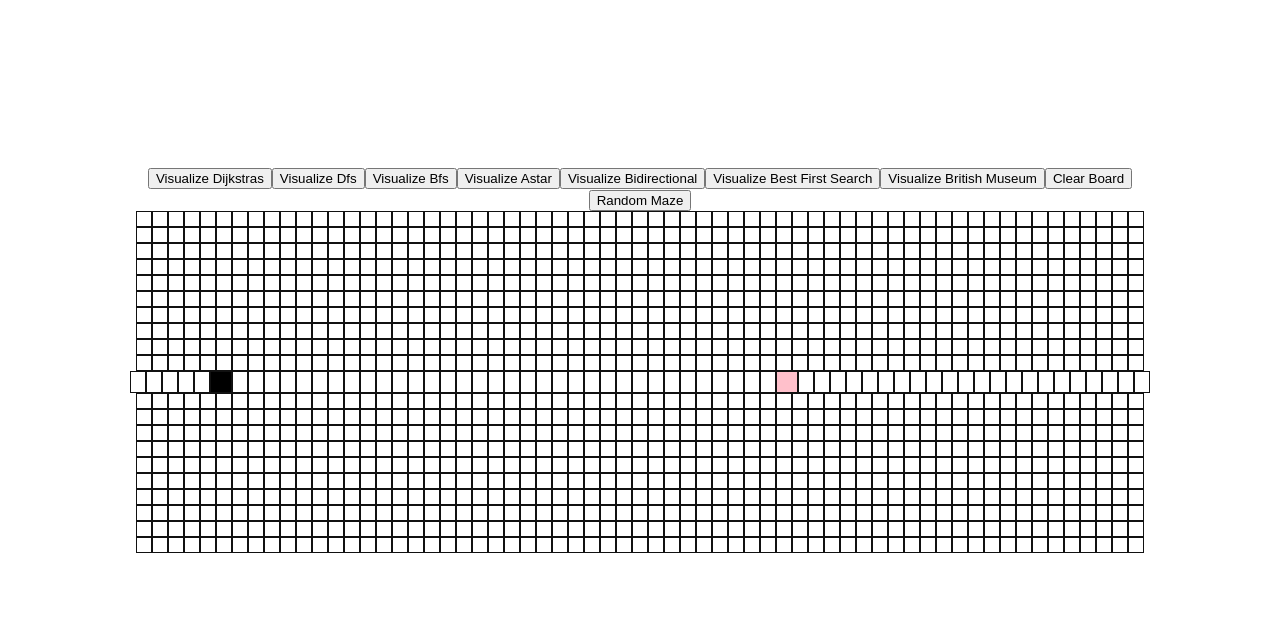
Repository: rehans-Life/Pathfinding-Visualizer
Page: /
The author's editor kept a copy of each file at every save. The page is drawn from the files as they stood at one save, then again after a run of saves.
The browser window is 1280 px wide. The pictures show the whole page.
The project was rebuilt for these pictures with package versions that can differ from the ones it lists, and the page was loaded fresh each time. The framework's server and built-in components were replaced by stand-ins that run in the browser. Also part of the build but not shown: next.config.js.

Above is the page before, as saved 2023-03-11 09:49:22.

### pages/index.js
import Head from "next/head";
import styles from "../styles/Home.module.css";
import Node from "../components/Node";
import { visualizeDijistras } from "../algorithms/dijkstras";
import { useState } from "react";
import { visualizeDfs } from "../algorithms/dfs";
import { visualizeBfs } from "../algorithms/bfs";
import { visualizeAstar } from "../algorithms/aStar";
import { visualizeBidirectional } from "../algorithms/bidirectional";
import { visualizeBestfs } from "../algorithms/bestFirstSearch";
import { visualizeBritishMuseum } from "../algorithms/britishMuseum";
import { randomMaze } from "../mazes/randomMaze";

export const START_ROW = 10;
export const START_COL = 5;
export const END_ROW = 10;
export const END_COL = 40;
export const ROWS = 21;
export const COLS = 63;

function getInitialGrid() {
  let grid = [];
  for (let i = 0; i < ROWS; i++) {
    let row = [];
    for (let j = 0; j < COLS; j++) {
      const node = {
        row: i,
        col: j,
        isStart: i === START_ROW && j === START_COL,
        isEnd: i === END_ROW && j === END_COL,
        distance: Infinity,
        parent: null,
        isVisited: false,
        isInPath: false,
        isWall: false,
        huristic: Infinity,
        totalDistance: Infinity,
      };
      row.push(node);
    }
    grid.push(row);
  }
  return grid;
}

const canBecomeWall = (row, col) => {
  return row != END_ROW || col != END_COL;
};

export default function Home() {
  const [grid, setGrid] = useState(getInitialGrid());
  const [mouseDown, setMouseDown] = useState(false);

  const handleMouseDown = (row, col) => {
    if (!canBecomeWall(row, col)) return;
    setMouseDown(true);
    setCellAsWall(row, col);
  };

  const handleMouseEnter = (row, col) => {
    if (!canBecomeWall(row, col)) return;
    if (mouseDown) {
      setCellAsWall(row, col);
    }
  };

  const handleMouseUp = () => {
    setMouseDown(false);
  };

  const setCellAsWall = (row, col) => {
    let newGrid = grid.slice();
    newGrid[row][col].isWall = !newGrid[row][col].isWall;
    setGrid(newGrid);
  };

  return (
    <div className={styles.container}>
      <Head>
        <title>Pathfinding Visualizer</title>
        <meta name="description" content="Generated by create next app" />
        <link rel="icon" href="/favicon.ico" />
      </Head>
      <div className={styles.buttons}>
        <button onClick={() => visualizeDijistras(grid, setGrid)}>
          Visualize Dijkstras
        </button>
        <button onClick={() => visualizeDfs(grid, setGrid)}>
          Visualize Dfs
        </button>
        <button onClick={() => visualizeBfs(grid, setGrid)}>
          Visualize Bfs
        </button>
        <button onClick={() => visualizeAstar(grid, setGrid)}>
          Visualize Astar
        </button>
        <button onClick={() => visualizeBidirectional(grid, setGrid)}>
          Visualize Bidirectional
        </button>
        <button onClick={() => visualizeBestfs(grid, setGrid)}>
          Visualize Best First Search
        </button>
        <button onClick={() => visualizeBritishMuseum(grid, setGrid)}>
          Visualize British Museum
        </button>
        <button onClick={() => setGrid(getInitialGrid())}>Clear Board</button>
      </div>
      <div className={styles.buttons}>
        <button onClick={() => randomMaze(grid, setGrid)}>Random Maze</button>
      </div>
      {grid.map((row, index) => (
        <div key={index} className={styles.row}>
          {row.map((node, index) => (
            <Node
              key={index}
              row={node.row}
              col={node.col}
              isStart={node.isStart}
              isEnd={node.isEnd}
              distance={node.distance}
              isVisited={node.isVisited}
              isInPath={node.isInPath}
              isWall={node.isWall}
              handleMouseDown={handleMouseDown}
              handleMouseUp={handleMouseUp}
              handleMouseEnter={handleMouseEnter}
            ></Node>
          ))}
        </div>
      ))}
    </div>
  );
}

### styles/Home.module.css
.container {
  display: flex;
  flex-direction: column;
  justify-content: center;
  align-items: center;
  width: 100vw;
  height: 100vh;
}
.node {
  padding: 7px;
  border: 1px solid #111;
}

.row {
  display: flex;
}
.button {
  display: flex;
  align-items: center;
}

.startNode {
  padding: 10px;
  border: 1px solid #111;
  background-color: black;
}
.visited {
  background-color: lightslategray;
  padding: 10px;
  border: 1px solid #111;
}

.wall {
  background-color: darkslateblue;
  padding: 10px;
  border: 1px solid #111;
}

.inPath {
  background-color: royalblue;
  padding: 1-px;
  border: 1px solid #111;
}

.endNode {
  padding: 10px;
  border: 1px solid #111;
  background-color: pink;
}

### components/Node.js
import React from "react";
import styles from "../styles/Home.module.css";

export default function Node({
  row,
  col,
  isStart,
  isEnd,
  isWall,
  isInPath,
  isVisited,
  handleMouseDown,
  handleMouseUp,
  handleMouseEnter,
}) {
  return (
    <div
      onMouseDown={() => handleMouseDown(row, col)}
      onMouseUp={handleMouseUp}
      onMouseEnter={() => handleMouseEnter(row, col)}
      className={
        isStart
          ? styles.startNode
          : isEnd
          ? styles.endNode
          : isWall
          ? styles.wall
          : isInPath
          ? styles.inPath
          : isVisited
          ? styles.visited
          : styles.node
      }
    >
      {" "}
    </div>
  );
}

### algorithms/dijkstras.js
import { COLS, END_COL, END_ROW, ROWS, START_COL, START_ROW } from "../pages";

class PriorityQueue {
  constructor() {
    this.heap = [];
  }

  isEmpty() {
    return this.heap.length == 0;
  }

  insert(node) {
    this.heap.push(node);
    let i = this.heap.length - 1;
    this.siftup(i);
  }

  delete() {
    let temp = this.heap[0];
    this.heap[0] = this.heap[this.heap.length - 1];
    this.heap.pop();
    this.shiftdown(0);
    return temp;
  }

  siftup(i) {
    let parent = Math.floor((i - 1) / 2);
    while (parent >= 0 && this.heap[parent].distance > this.heap[i].distance) {
      let temp = this.heap[parent];
      this.heap[parent] = this.heap[i];
      this.heap[i] = temp;
      i = parent;
      parent = Math.floor((i - 1) / 2);
    }
  }
  shiftdown(i) {
    let leftChild = i * 2 + 1;
    let rightChild = i * 2 + 2;
    let n = this.heap.length;

    while (
      (leftChild < n &&
        this.heap[leftChild].distance < this.heap[i].distance) ||
      (rightChild < n && this.heap[rightChild].distance < this.heap[i].distance)
    ) {
      let smaller =
        rightChild >= n ||
        this.heap[leftChild].distance <= this.heap[rightChild].distance
          ? leftChild
          : rightChild;

      let temp = this.heap[i];
      this.heap[i] = this.heap[smaller];
      this.heap[smaller] = temp;

      i = smaller;
      leftChild = i * 2 + 1;
      rightChild = i * 2 + 2;
    }
  }
}

function isValid(row, col) {
  return row < ROWS && row >= 0 && col < COLS && col >= 0;
}

export function dijkstras(grid, src, target) {
  let priorityQueue = new PriorityQueue();
  let delRow = [-1, +1, 0, 0];
  let delCol = [0, 0, -1, +1];

  let visitedNodes = [];

  priorityQueue.insert(src);
  src.distance = 0;
  visitedNodes.push(src);

  while (!priorityQueue.isEmpty()) {
    let node = priorityQueue.delete();

    for (let i = 0; i < 4; i++) {
      let adjRow = node.row + delRow[i];
      let adjCol = node.col + delCol[i];
      let newDistance = node.distance + 1;

      if (isValid(adjRow, adjCol)) {
        let adjNode = grid[adjRow][adjCol];
        if (!adjNode.isWall && newDistance < adjNode.distance) {
          adjNode.distance = newDistance;
          adjNode.parent = node;
          if (adjNode.row === target.row && adjNode.col === target.col) {
            return visitedNodes;
          }
          visitedNodes.push(adjNode);
          priorityQueue.insert(adjNode);
        }
      }
    }
  }
  return visitedNodes;
}

const animteDijkstras = (visitedNodes, path, grid, setGrid) => {
  for (let i = 0; i < visitedNodes?.length; i++) {
    if (i === visitedNodes.length - 1) {
      setTimeout(() => {
        animatePath(path, grid, setGrid);
      }, 30 * i);
    }
    setTimeout(() => {
      let newGrid = grid.slice();

      let node = visitedNodes[i];
      let newNode = {
        ...node,
        isVisited: true,
      };

      newGrid[node.row][node.col] = newNode;
      setGrid(newGrid);
    }, 30 * i);
  }
};

const animatePath = (path, grid, setGrid) => {
  for (let i = 0; i < path?.length; i++) {
    setTimeout(() => {
      let newGrid = grid.slice();

      let node = path[i];
      let newNode = {
        ...node,
        isInPath: true,
      };

      newGrid[node.row][node.col] = newNode;
      setGrid(newGrid);
    }, 50 * i);
  }
};

export const visualizeDijistras = (grid, setGrid) => {
  let startNode = grid[START_ROW][START_COL];
  let endNode = grid[END_ROW][END_COL];
  let visitedNodes = dijkstras(grid, startNode, endNode);
  let node = grid[END_ROW][END_COL];
  let path = [];
  while (node) {
    path.push(node);
    node = node.parent;
  }
  path.reverse();
  animteDijkstras(visitedNodes, path, grid, setGrid);
};

### algorithms/dfs.js
import { COLS, END_COL, END_ROW, ROWS, START_COL, START_ROW } from "../pages";

export function visualizeDfs(grid, setGrid) {
  let startNode = grid[START_ROW][START_COL];
  let endNode = grid[END_ROW][END_COL];
  let visitedNodes = dfs(grid, startNode, endNode);
  let path = [];
  let node = endNode;
  while (node) {
    path.push(node);
    node = node.parent;
  }
  path.reverse();
  animateDfs(visitedNodes, path, grid, setGrid);
}

function animateDfs(visitedNodes, path, grid, setGrid) {
  for (let i = 0; i < visitedNodes.length; i++) {
    setTimeout(() => {
      if (i === visitedNodes.length - 1) {
        animatePath(path, grid, setGrid);
      }
      let newGrid = grid.slice();

      let node = visitedNodes[i];
      let newNode = {
        ...node,
        isVisited: true,
      };

      newGrid[node.row][node.col] = newNode;
      setGrid(newGrid);
    }, 10 * i);
  }
}

function animatePath(path, grid, setGrid) {
  for (let i = 0; i < path.length; i++) {
    setTimeout(() => {
      let newGrid = grid.slice();

      let node = path[i];
      let newNode = {
        ...node,
        isInPath: true,
      };

      newGrid[node.row][node.col] = newNode;
      setGrid(newGrid);
    }, 10 * i);
  }
}

function isValid(row, col) {
  return row < ROWS && row >= 0 && col < COLS && col >= 0;
}

function dfs(grid, src, target) {
  let visitedNodes = [];
  let delRow = [-1, 0, 0, +1];
  let delCol = [0, +1, -1, 0];

  function helper(node, parent) {
    node.distance = 1;
    node.parent = parent;
    visitedNodes.push(node);

    if (node.row === target.row && node.col === target.col) {
      return true;
    }

    for (let i = 0; i < 4; i++) {
      let adjRow = node.row + delRow[i];
      let adjCol = node.col + delCol[i];

      if (isValid(adjRow, adjCol)) {
        let adjNode = grid[adjRow][adjCol];
        if (!adjNode.isWall && adjNode.distance === Infinity) {
          if (helper(adjNode, node)) {
            return true;
          }
        }
      }
    }
  }

  helper(src, null);
  return visitedNodes;
}

### algorithms/bfs.js
import { COLS, END_COL, END_ROW, ROWS, START_COL, START_ROW } from "../pages";

function isValid(row, col) {
  return row < ROWS && row >= 0 && col < COLS && col >= 0;
}

export function bfs(grid, src, target) {
  let queue = [];
  let delRow = [-1, +1, 0, 0];
  let delCol = [0, 0, -1, +1];

  let visitedNodes = [];

  queue.push(src);
  src.distance = 0;
  visitedNodes.push(src);

  while (queue.length) {
    let node = queue.shift();

    for (let i = 0; i < 4; i++) {
      let adjRow = node.row + delRow[i];
      let adjCol = node.col + delCol[i];
      let newDistance = node.distance + 1;

      if (isValid(adjRow, adjCol)) {
        let adjNode = grid[adjRow][adjCol];
        if (!adjNode.isWall && newDistance < adjNode.distance) {
          adjNode.distance = newDistance;
          adjNode.parent = node;
          if (adjNode.row === target.row && adjNode.col === target.col) {
            return visitedNodes;
          }
          visitedNodes.push(adjNode);
          queue.push(adjNode);
        }
      }
    }
  }
  return visitedNodes;
}

const animateBfs = (visitedNodes, path, grid, setGrid) => {
  for (let i = 0; i < visitedNodes?.length; i++) {
    if (i === visitedNodes.length - 1) {
      setTimeout(() => {
        animatePath(path, grid, setGrid);
      }, 10 * i);
    }
    setTimeout(() => {
      let newGrid = grid.slice();

      let node = visitedNodes[i];
      let newNode = {
        ...node,
        isVisited: true,
      };

      newGrid[node.row][node.col] = newNode;
      setGrid(newGrid);
    }, 10 * i);
  }
};

const animatePath = (path, grid, setGrid) => {
  for (let i = 0; i < path?.length; i++) {
    setTimeout(() => {
      let newGrid = grid.slice();

      let node = path[i];
      let newNode = {
        ...node,
        isInPath: true,
      };

      newGrid[node.row][node.col] = newNode;
      setGrid(newGrid);
    }, 50 * i);
  }
};

export const visualizeBfs = (grid, setGrid) => {
  let startNode = grid[START_ROW][START_COL];
  let endNode = grid[END_ROW][END_COL];
  let visitedNodes = bfs(grid, startNode, endNode);
  let node = grid[END_ROW][END_COL];
  let path = [];
  while (node) {
    path.push(node);
    node = node.parent;
  }
  path.reverse();
  animateBfs(visitedNodes, path, grid, setGrid);
};

### algorithms/bidirectional.js
import { COLS, END_COL, END_ROW, ROWS, START_COL, START_ROW } from "../pages";

function isValid(row, col) {
  return row < 20 && row >= 0 && col < 50 && col >= 0;
}

function bidirectional(grid, src, target) {
  let forwardQueue = [];
  let backwardQueue = [];

  let forwardVisitedNodes = [];
  let backwardVisitedNodes = [];

  src.distance = 0;
  forwardQueue.push(src);
  forwardVisitedNodes.push(src);

  target.distance = 0;
  backwardQueue.push(target);
  backwardVisitedNodes.push(target);

  while (forwardQueue.length && backwardQueue.length) {
    bfs(grid, forwardQueue, forwardVisitedNodes, backwardVisitedNodes);

    let backwardIntersectingNodes = bfs(
      grid,
      backwardQueue,
      backwardVisitedNodes,
      forwardVisitedNodes
    );
    if (backwardIntersectingNodes) {
      return [
        answer(forwardVisitedNodes, backwardVisitedNodes),
        genertatePath(backwardIntersectingNodes),
      ];
    }
  }
  return [answer(forwardVisitedNodes, backwardVisitedNodes), []];
}

function answer(forwardVisitedNodes, backwardVisitedNodes) {
  let visitedNodes = [];
  let n = forwardVisitedNodes.length;
  let m = backwardVisitedNodes.length;

  let greater = n > m ? n : m;

  for (let i = 0; i < greater; i++) {
    if (i < n) visitedNodes.push(forwardVisitedNodes[i]);
    if (i < m) visitedNodes.push(backwardVisitedNodes[i]);
  }
  return visitedNodes;
}

function genertatePath(intersectingingNodes) {
  let forwardPath = [];
  let forwardNode = intersectingingNodes[0];
  while (forwardNode) {
    forwardPath.push(forwardNode);
    forwardNode = forwardNode.parent;
  }
  forwardPath.reverse();
  let backwardPath = [];
  let backwardNode = intersectingingNodes[1];
  while (backwardNode) {
    backwardPath.push(backwardNode);
    backwardNode = backwardNode.parent;
  }
  let path = [...forwardPath, ...backwardPath];
  return path;
}

function bfs(grid, queue, directionVisitedNodes, visitedNodes) {
  let node = queue.shift();
  let delRow = [-1, +1, 0, 0];
  let delCol = [0, 0, -1, +1];

  for (let i = 0; i < 4; i++) {
    let adjRow = node.row + delRow[i];
    let adjCol = node.col + delCol[i];
    let newDistance = node.distance + 1;

    if (isValid(adjRow, adjCol)) {
      let adjNode = grid[adjRow][adjCol];

      if (visitedNodes.includes(adjNode)) {
        return [adjNode, node];
      }

      if (!adjNode.isWall && newDistance < adjNode.distance) {
        adjNode.distance = newDistance;
        adjNode.parent = node;
        directionVisitedNodes.push(adjNode);
        queue.push(adjNode);
      }
    }
  }
}

const animateBidirectional = (visitedNodes, path, grid, setGrid) => {
  for (let i = 0; i < visitedNodes?.length; i++) {
    if (i === visitedNodes.length - 1) {
      setTimeout(() => {
        animatePath(path, grid, setGrid);
      }, 10 * i);
    }
    setTimeout(() => {
      let newGrid = grid.slice();

      let node = visitedNodes[i];
      let newNode = {
        ...node,
        isVisited: true,
      };

      newGrid[node.row][node.col] = newNode;
      setGrid(newGrid);
    }, 10 * i);
  }
};

const animatePath = (path, grid, setGrid) => {
  for (let i = 0; i < path?.length; i++) {
    setTimeout(() => {
      let newGrid = grid.slice();

      let node = path[i];
      let newNode = {
        ...node,
        isInPath: true,
      };

      newGrid[node.row][node.col] = newNode;
      setGrid(newGrid);
    }, 50 * i);
  }
};

export const visualizeBidirectional = (grid, setGrid) => {
  let startNode = grid[START_ROW][START_COL];
  let endNode = grid[END_ROW][END_COL];
  let [visitedNodes, path] = bidirectional(grid, startNode, endNode);
  animateBidirectional(visitedNodes, path, grid, setGrid);
};

### algorithms/britishMuseum.js
import { COLS, END_COL, END_ROW, ROWS, START_COL, START_ROW } from "../pages";

function huristics(grid, src) {
  let queue = [];
  let delRow = [-1, +1, 0, 0];
  let delCol = [0, 0, -1, +1];

  queue.push(src);
  src.huristic = 0;

  while (queue.length) {
    let node = queue.shift();

    for (let i = 0; i < 4; i++) {
      let adjRow = node.row + delRow[i];
      let adjCol = node.col + delCol[i];
      if (isValid(adjRow, adjCol)) {
        let adjNode = grid[adjRow][adjCol];
        let huristic = Math.sqrt(
          Math.pow(adjRow - src.row, 2) + Math.pow(adjCol - src.col, 2)
        );
        if (!adjNode.isWall && adjNode.huristic === Infinity) {
          adjNode.huristic = huristic;
          queue.push(adjNode);
        }
      }
    }
  }
}

function isValid(row, col) {
  return row < ROWS && row >= 0 && col < COLS && col >= 0;
}

function britishMuseum(grid, src, target) {
  huristics(grid, target);
  let delRow = [-1, +1, 0, 0];
  let delCol = [0, 0, -1, +1];
  let visitedNodes = [];

  function dfs(node, parent) {
    visitedNodes.push(node);
    node.parent = parent;
    node.distance = 1;
    let adjNodes = [];

    if (node.row === target.row && node.col === target.col) {
      return true;
    }

    for (let i = 0; i < 4; i++) {
      let adjRow = node.row + delRow[i];
      let adjCol = node.col + delCol[i];

      if (isValid(adjRow, adjCol)) {
        let adjNode = grid[adjRow][adjCol];
        if (!adjNode.isWall) {
          adjNodes.push(adjNode);
        }
      }
    }
    adjNodes.sort((a, b) => a.huristic - b.huristic);
    console.log(adjNodes);

    for (let i = 0; i < adjNodes.length; i++) {
      if (adjNodes[i].distance === Infinity) {
        if (dfs(adjNodes[i], node)) return true;
      }
    }
  }
  dfs(src, null);
  console.log(visitedNodes);
  return visitedNodes;
}

const animateBritishMuseum = (visitedNodes, path, grid, setGrid) => {
  for (let i = 0; i < visitedNodes?.length; i++) {
    if (i === visitedNodes.length - 1) {
      setTimeout(() => {
        animatePath(path, grid, setGrid);
      }, 10 * i);
    }
    setTimeout(() => {
      let newGrid = grid.slice();

      let node = visitedNodes[i];
      let newNode = {
        ...node,
        isVisited: true,
      };

      newGrid[node.row][node.col] = newNode;
      setGrid(newGrid);
    }, 10 * i);
  }
};

const animatePath = (path, grid, setGrid) => {
  for (let i = 0; i < path?.length; i++) {
    setTimeout(() => {
      let newGrid = grid.slice();

      let node = path[i];
      let newNode = {
        ...node,
        isInPath: true,
      };

      newGrid[node.row][node.col] = newNode;
      setGrid(newGrid);
    }, 50 * i);
  }
};

export const visualizeBritishMuseum = (grid, setGrid) => {
  let startNode = grid[START_ROW][START_COL];
  let endNode = grid[END_ROW][END_COL];
  let visitedNodes = britishMuseum(grid, startNode, endNode);
  let node = grid[END_ROW][END_COL];
  let path = [];
  while (node) {
    path.push(node);
    node = node.parent;
  }
  path.reverse();
  animateBritishMuseum(visitedNodes, path, grid, setGrid);
};

### mazes/randomMaze.js
import { COLS, END_COL, END_ROW, ROWS } from "../pages";

function isValid(minRow, maxRow, minCol, maxCol) {
  return minRow < maxRow && minCol < maxCol;
}

function randomNumber(min, max) {
  return Math.floor(Math.random() * (max - min) + min);
}

function isValidRandom(number, direction) {
  return;
}

export function randomMaze(grid, setGrid) {
  let newGrid = grid.slice();

  for (let i = 0; i < COLS; i++) {
    let firstRowNode = newGrid[0][i];
    let lastRowNode = newGrid[ROWS - 1][i];
    firstRowNode.isWall = true;
    lastRowNode.isWall = true;
  }

  for (let i = 0; i < ROWS; i++) {
    let firstColNode = newGrid[i][0];
    let lastColNode = newGrid[i][COLS - 1];
    firstColNode.isWall = true;
    lastColNode.isWall = true;
  }

  divide(newGrid, 2, ROWS - 2, 2, COLS - 2, "row");
  newGrid[END_ROW][END_COL].isWall = false;
  setGrid(newGrid);
}

function divide(grid, minRow, maxRow, minCol, maxCol, direction, prevSpace) {
  if (!isValid(minRow, maxRow, minCol, maxCol)) return;

  if (direction === "row") {
    let randomRow = randomNumber(minRow, maxRow);

    if (minRow === maxRow - 1) return;

    while (randomRow === prevSpace) {
      randomRow = randomNumber(minRow, maxRow);
    }

    let randomSpace = randomNumber(minCol, maxCol);

    for (let i = minCol - 2; i < maxCol + 2; i++) {
      let node = grid[randomRow][i];
      if (i != randomSpace) {
        node.isWall = true;
      }
    }
    divide(grid, minRow, randomRow - 2, minCol, maxCol, "col", randomSpace);
    divide(grid, randomRow + 2, maxRow, minCol, maxCol, "col", randomSpace);
  } else {
    if (minCol === maxCol - 1) return;

    let randomCol = randomNumber(minCol, maxCol);

    while (randomCol === prevSpace) {
      randomCol = randomNumber(minCol, maxCol);
    }

    let randomSpace = randomNumber(minRow, maxRow);

    for (let i = minRow - 2; i < maxRow + 2; i++) {
      let node = grid[i][randomCol];
      if (i != randomSpace) {
        node.isWall = true;
      }
    }
    divide(grid, minRow, maxRow, minCol, randomCol - 2, "col", randomSpace);
    divide(grid, minRow, maxRow, randomCol + 2, maxCol, "row", randomSpace);
  }
}

Loaded but not shown: pages/_app.js (common file); styles/globals.css (common file); algorithms/bestFirstSearch.js (181 lines, source omitted); algorithms/aStar.js (169 lines, source omitted)

After the next 2 saves:
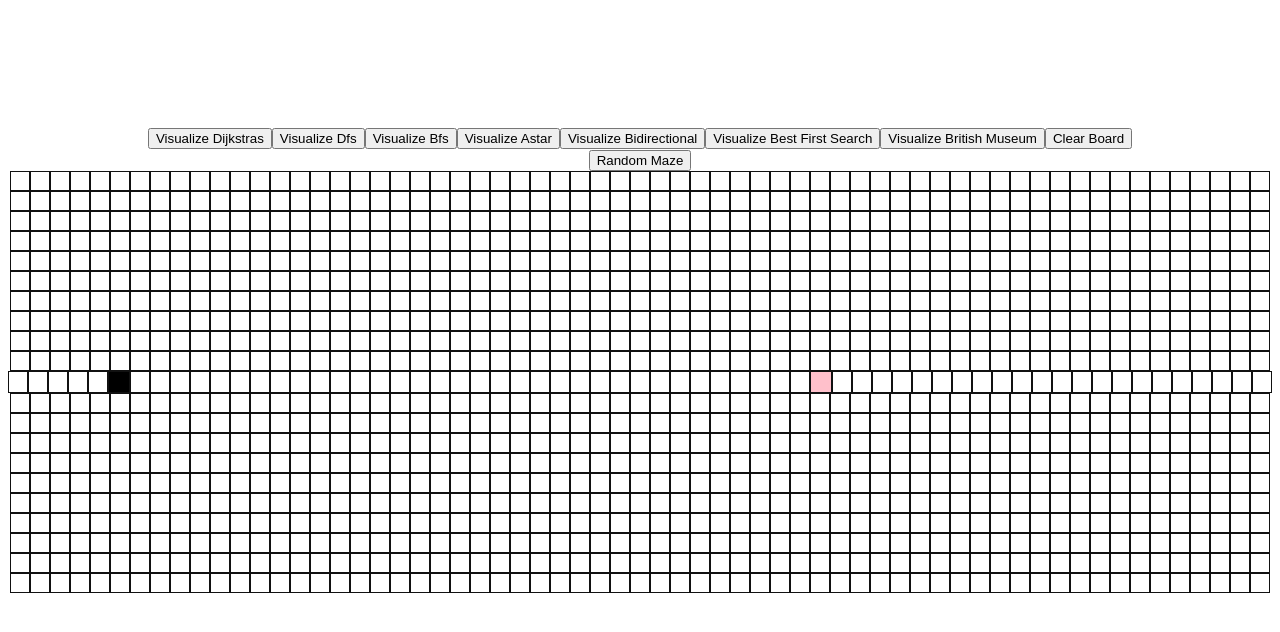
The 2 saves are shown as one change because they came seconds apart.
The last was saved 7 s later.
--- a/styles/Home.module.css
+++ b/styles/Home.module.css
@@ -7,7 +7,7 @@
   height: 100vh;
 }
 .node {
-  padding: 7px;
+  padding: 9px;
   border: 1px solid #111;
 }
 
